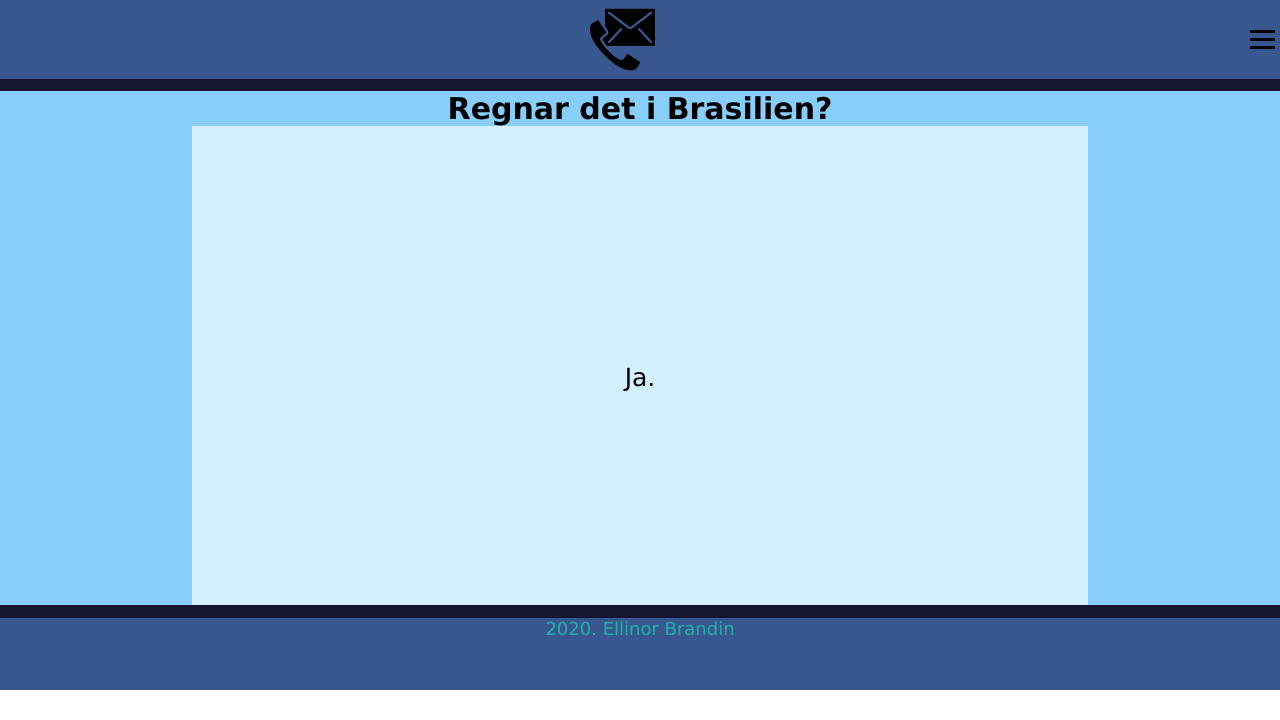
Repository: EllinorBrandin/projekt2
Page: ja copy.html
An editor plug-in stored every save of this project. The page is shown before and after the next save, followed by the edit.
The browser window is 1280 px wide. The pictures show the whole page.

Above is the page before, as saved 2020-05-07 10:56:34.

After the next save:
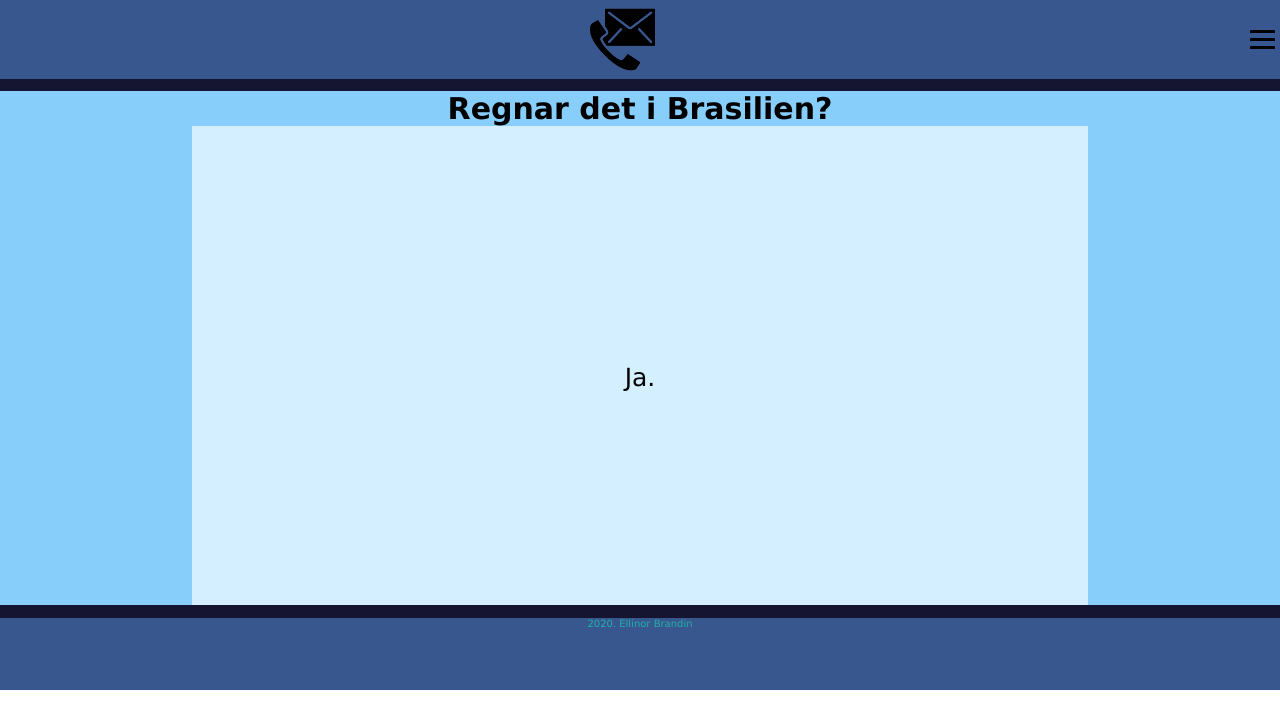
Saved 8 s later.
--- a/css/style.css
+++ b/css/style.css
@@ -11,7 +11,7 @@
     grid-template-columns:2fr 1fr;
     text-align: center;
     background-color: rgb(21, 21, 49);
-    font-size: large;
+    font-size: 10px;
   font-family: 'Lucida Sans', 'Lucida Sans Regular', 'Lucida Grande', 'Lucida Sans Unicode', Geneva, Verdana, sans-serif;
     grid-template-areas:
         'nv nv nv nv'
